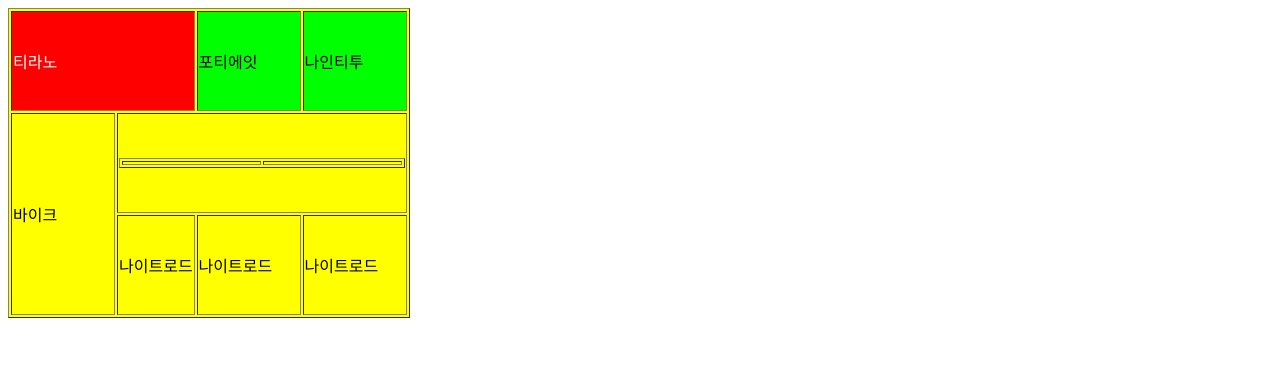
Repository: shouvoo/bitAcademy
Page: work/jsp/htmlProj/WebContent/basic/table.html
An editor plug-in stored every save of this project. The page is shown before and after the next save, followed by the edit.
The browser window is 1280 px wide. The pictures show the whole page.

Above is the page before, as saved 2017-09-26 02:10:19.

After the next save:
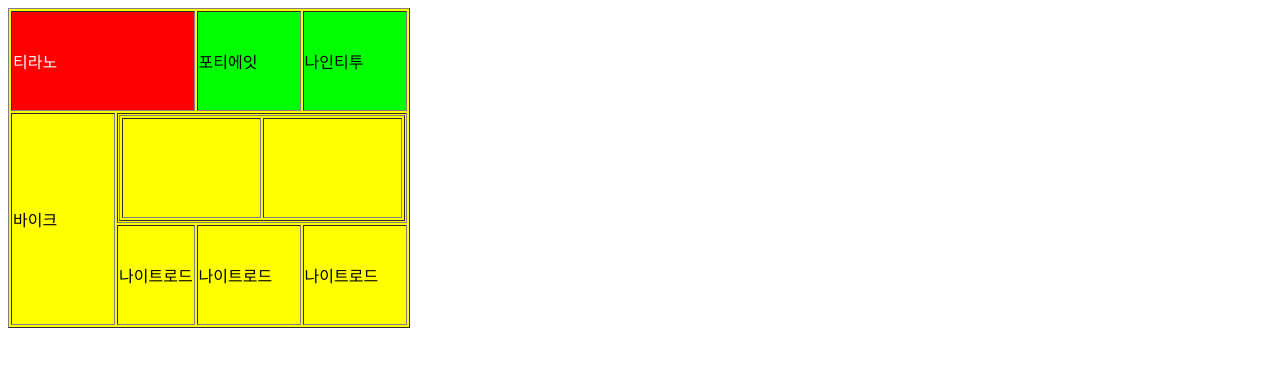
Saved 11 s later.
--- a/work/jsp/htmlProj/WebContent/basic/table.html
+++ b/work/jsp/htmlProj/WebContent/basic/table.html
@@ -18,10 +18,10 @@
 				<td colspan="3" width="100">
 
 					<table border="1" width="100%">
-						<tr>
+						<tr height="100">
 							<td></td>
 							<td></td>
-							</tr>
+						</tr>
 					</table>
 
 				</td>
